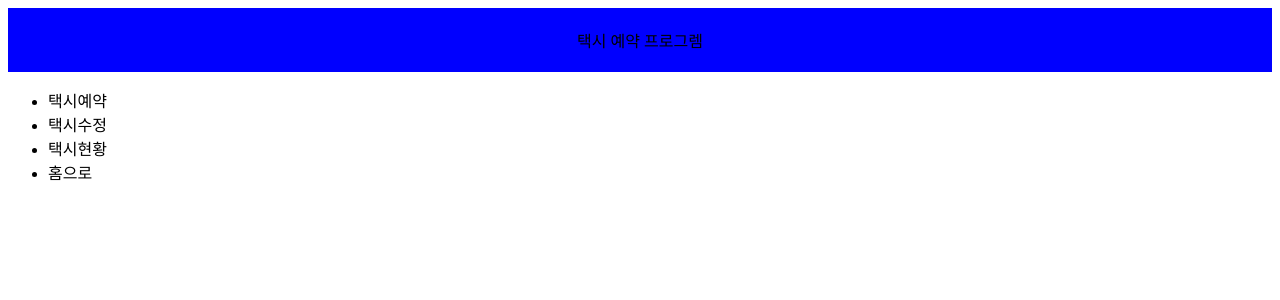
Repository: juntae710/acorn_web
Page: http://localhost/prj0828/택시/index.jsp
These files come from the project's save history. The page is drawn as it stood at one moment and after the next save; the edit follows.
The browser window is 1280 px wide. The pictures show the whole page.
The page is served by Tomcat 9. Other server files are loaded and not shown.

Above is the page before, as saved 2023-08-28 02:47:19.

### prj0828/src/main/webapp/택시/index.jsp
<%@ page language="java" contentType="text/html; charset=UTF-8"
    pageEncoding="UTF-8"%>
<!DOCTYPE html>
<html>
<head>
<meta charset="UTF-8">
<title>Insert title here</title>
<link href="./css/index.css" rel="stylesheet"/>
</head>
<body>
<header>
 택시 예약 프로그렘
</header>
<nav>
<ul>
<li>택시예약</li>
<li>택시수정</li>
<li>택시현황</li>
<li>홈으로</li>
</ul>

</nav>
<section>

</section>
<footer></footer>

<!-- 태그 : 쌍으로 (열리는태그 , 닫히는 태그) <h2></h2>
단독으로 사용되는 태그:
<img src =""/> -->
</body>
</html>

### prj0828/src/main/webapp/css/index.css
@charset "UTF-8";
header{
	padding: 20px;
	/*color: blue;*/
	background-color: blue;
	text-align: center;
}

After the next save:
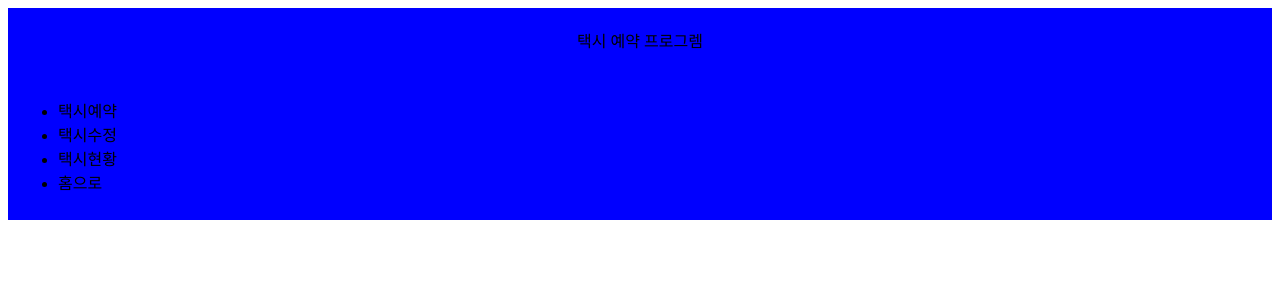
Saved 45 s later.
--- a/prj0828/src/main/webapp/css/index.css
+++ b/prj0828/src/main/webapp/css/index.css
@@ -5,3 +5,9 @@ header{
 	background-color: blue;
 	text-align: center;
 }
+nav{
+	padding: 10px;
+	/*color: blue;*/
+	background-color: blue;
+	/*text-align: center;*/
+}
